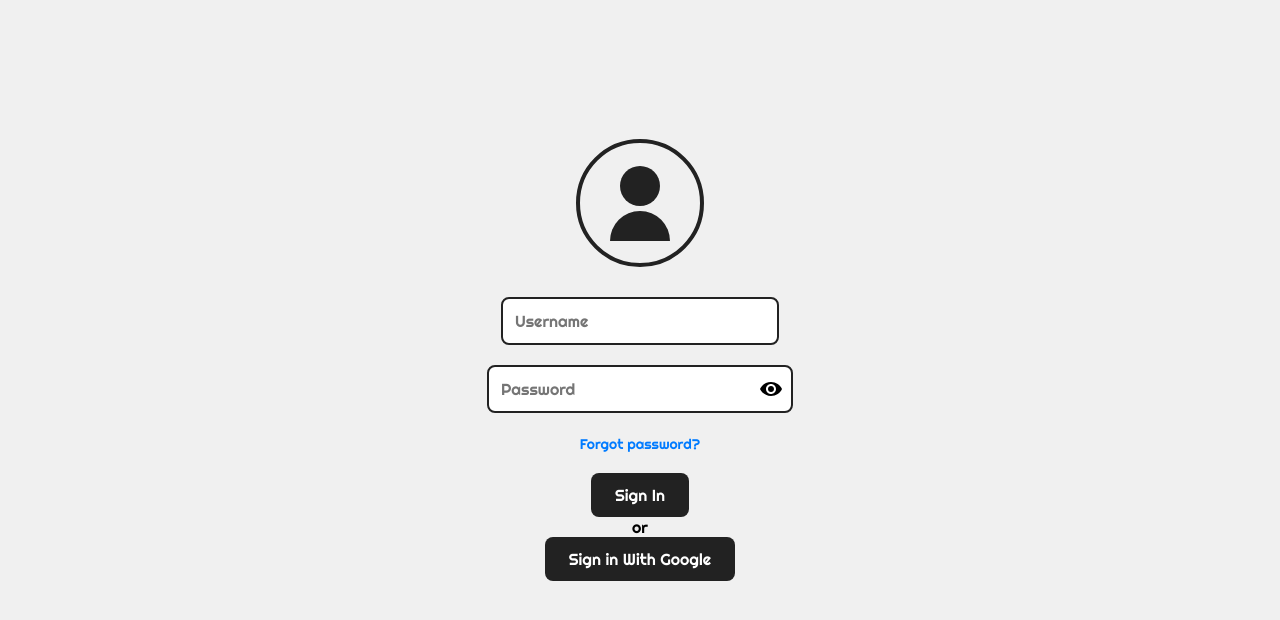
Repository: saifg123/Peer
Page: signin.html
These files come from the project's save history. The page is drawn as it stood at one moment and after the next save; the edit follows.
The browser window is 1280 px wide. The pictures show the whole page.

Above is the page before, as saved 2025-05-19 19:37:06.

After the next save:
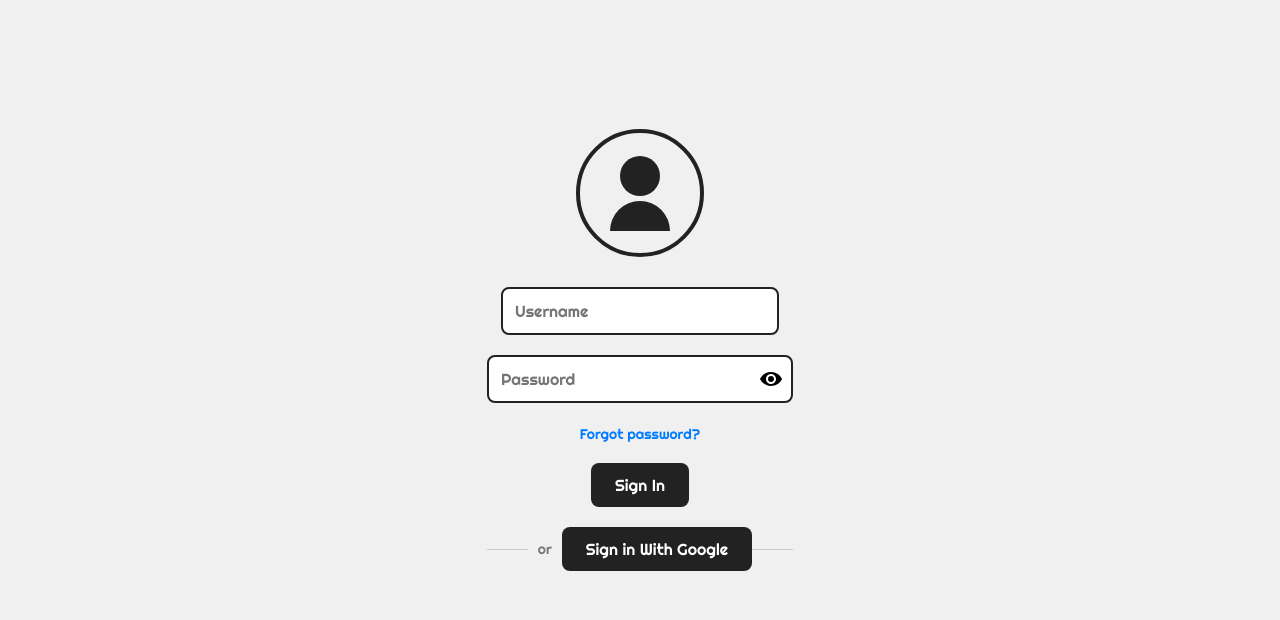
Saved 48 s later.
--- a/signin.html
+++ b/signin.html
@@ -150,8 +150,8 @@
 
       .icon-visible {
         opacity: 1;
-
-        .or-divider {
+      }
+      .or-divider {
   display: flex;
   align-items: center;
   text-align: center;
@@ -170,7 +170,6 @@
   color: #777;
   font-size: 14px;
 }
-      }
     </style>
   </head>
   <body>

After the 3 saves that followed:
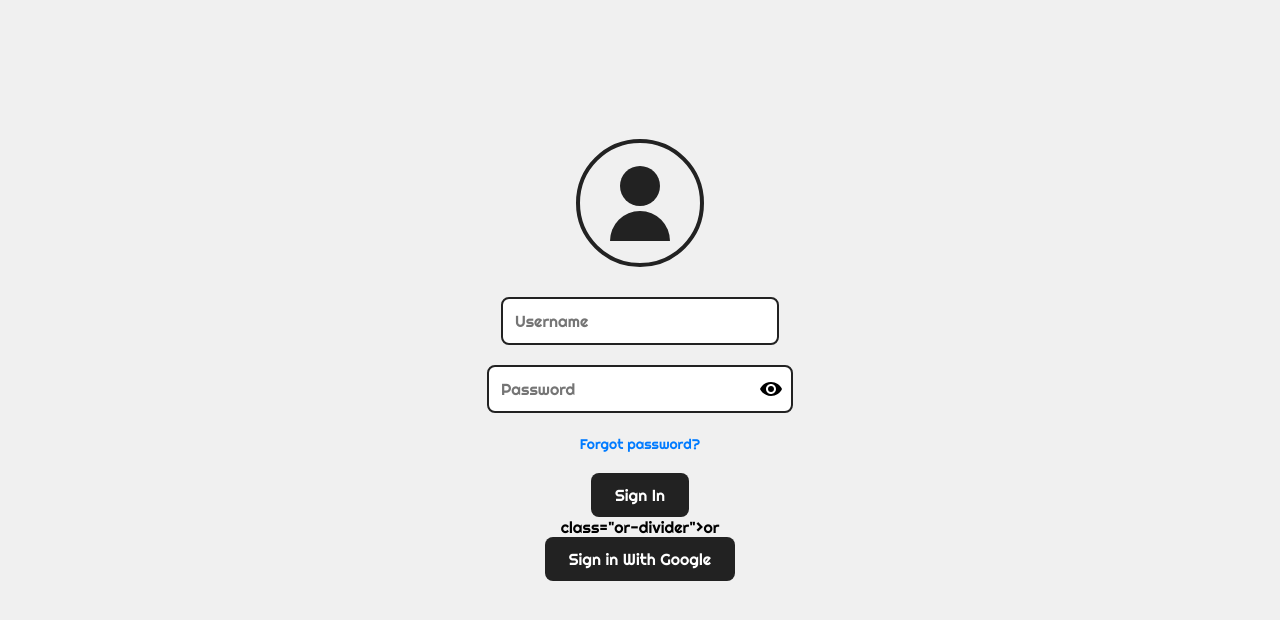
The 3 saves are shown as one change because 2 left the picture as it was.
The last was saved 3 min 30 s later.
--- a/signin.html
+++ b/signin.html
@@ -169,7 +169,17 @@
   margin: 0 10px;
   color: #777;
   font-size: 14px;
+  font-family: 'Righteous', cursive;
 }
+      .or-divider a {
+        text-decoration: none;
+        color: #007BFF;
+        font-size: 14px;
+      }
+
+      .or-divider a:hover {
+        text-decoration: underline;
+      }
     </style>
   </head>
   <body>
@@ -208,12 +218,11 @@
 <form id="signin-form" onsubmit="event.preventDefault();">
         <button type="submit" class="submit-btn">Sign In</button>
       </form>
-      <div class="or-divider"><span>or</span>
+<div>class="or-divider"><span>or</span>
+  </div>
   <form onsubmit=" fetchClassroomData(event) " >
       <button type="submit" class="submit-btn">Sign in With Google</button>
     </form>
-  </div>
-
   <script>
     function handleCredentialResponse(response) {
       console.log("Google ID token:", response.credential);
